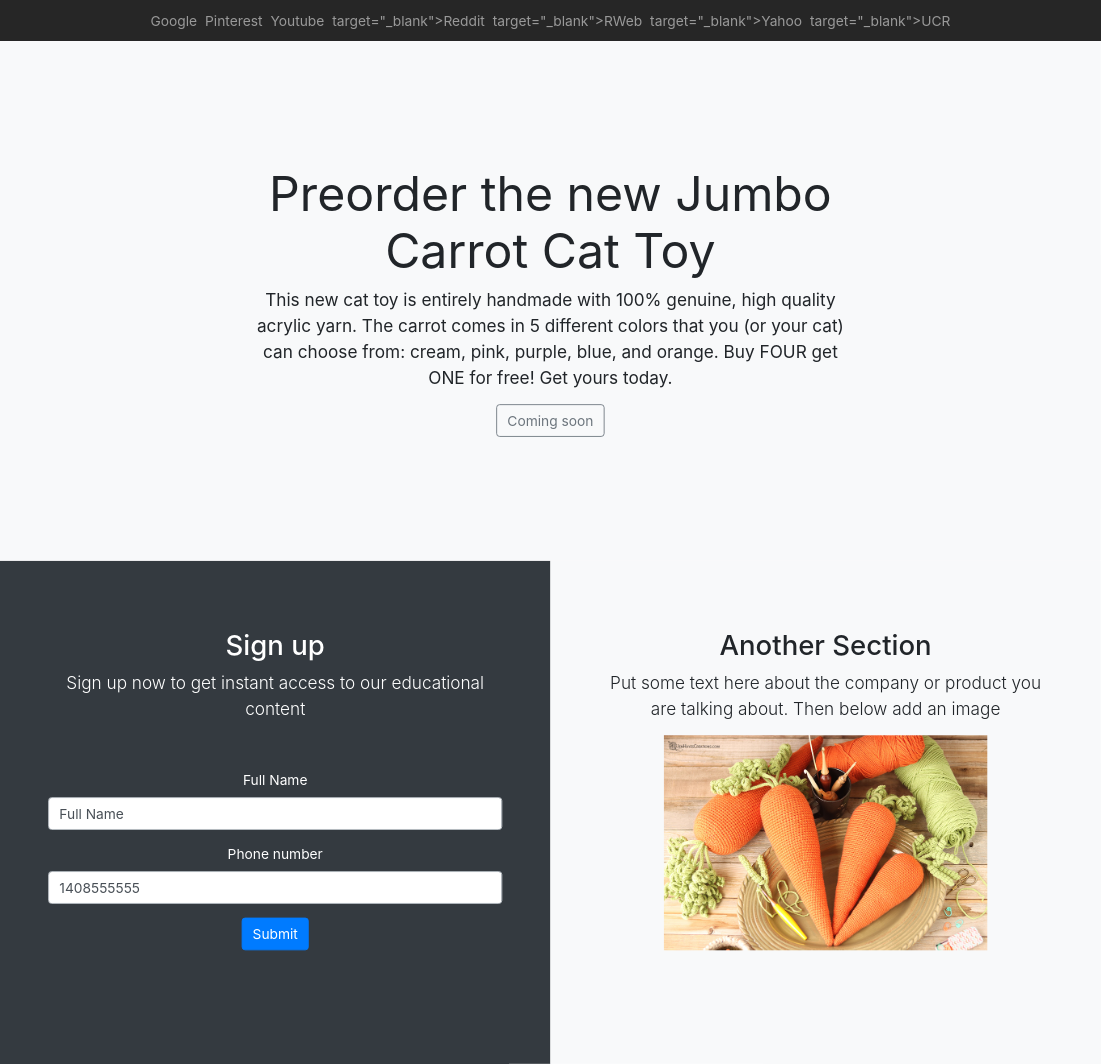
Repository: atrin033/AngellaTrinh-Resume
Page: LearnCS8-Twilio/index.html
The author's editor kept a record of every edit. The page is drawn from the files as they stood at one moment, then again after the next edit.
The browser window is 1280 px wide. The page is 1280 px wide, then 1299 px, so the pictures cover 1299 px, including what lies to the right of the window. The pictures show the whole page, at 86% of full size.

Above is the page before.

### LearnCS8-Twilio/index.html
<!doctype html>
<html lang="en">
  <head>
    <!-- Required meta tags -->
    <meta charset="utf-8">
    <meta name="viewport" content="width=device-width, initial-scale=1, shrink-to-fit=no">
    <meta name="description" content="Hot-selling crocheted toy that your cat is guaranteed to love!">
    <meta name="author" content="862124156">

    <!-- Bootstrap CSS -->
    <link rel="stylesheet" href="https://stackpath.bootstrapcdn.com/bootstrap/4.5.2/css/bootstrap.min.css" integrity="sha384-JcKb8q3iqJ61gNV9KGb8thSsNjpSL0n8PARn9HuZOnIxN0hoP+VmmDGMN5t9UJ0Z" crossorigin="anonymous">

    <!-- Title of your Website -->
    <title>Jumbo Carrot Cat Toy</title>
    <link href="product.css" rel="stylesheet">
  </head>
  <body>
      <nav class="site-header sticky-top py-1">
    <!-- Top Menu Bar -->
    <div class="container d-flex flex-column flex-md-row justify-content-between">
        <a class="py-2 d-none d-md-inline-block" id="menu-item-1" href="https://google.com" target="_blank">Google</a>
        <a class="py-2 d-none d-md-inline-block" id="menu-item-2" href="https://www.pinterest.com/" target="_blank">Pinterest</a>
        <a class="py-2 d-none d-md-inline-block" id="menu-item-3" href="https://www.youtube.com/" target="_blank">Youtube</a>
        <a class="py-2 d-none d-md-inline-block" id="menu-item-4" href="https://www.reddit.com/"> target="_blank">Reddit</a>
        <a class="py-2 d-none d-md-inline-block" id="menu-item-5" href="https://rweb.ucr.edu/"> target="_blank">RWeb</a>
        <a class="py-2 d-none d-md-inline-block" id="menu-item-6" href="https://www.yahoo.com/"> target="_blank">Yahoo</a>
        <a class="py-2 d-none d-md-inline-block" id="menu-item-7" href="https://www.ucr.edu/"> target="_blank">UCR</a>
    </div>
</nav>
<!-- Main Header Section h1-->
<div class="position-relative overflow-hidden p-3 p-md-5 m-md-0 text-center bg-light">
    <div class="col-md-8 p-lg-5 mx-auto my-5">
        <h1 class="display-4 font-weight-normal">Preorder the new Jumbo Carrot Cat Toy</h1>
        <p class="lead font-weight-normal">This new cat toy is entirely handmade with 100% genuine, high quality acrylic yarn. The carrot comes in 5 different colors that you (or your cat) can choose from: cream, pink, purple, blue, and orange. Buy FOUR get ONE for free! Get yours today.</p>
        <a class="btn btn-outline-secondary" href="https://www.google.com/search?q=CARROT+CAT+TOY+YOUTUBE&rlz=1C5CHFA_enUS826US826&oq=CARROT+CAT+TOY+YOUTUBE&aqs=chrome..69i57j33i160l2.6603j0j7&sourceid=chrome&ie=UTF-8">Coming soon</a>
    </div>
</div>
<!-- Left Tile -->
<div class="d-md-flex flex-md-equal w-100">
    <div class="bg-dark pt-3 px-3 pt-md-5 px-md-5 text-center text-white overflow-hidden">
        <div class="my-3 py-3">
            <h2 class="display-5">Sign up</h2>
            <p class="lead">Sign up now to get instant access to our educational content</p>
        </div>
        <!-- Web form when submitted will send a text message -->
        <form class="p-2" onsubmit="sendTextMessage(); return false;">
            <!-- Full Name Form Field -->
            <div class="form-group">
                <label for="example-first-name">Full Name</label>
                <input type="text" value="Full Name" class="form-control" id="example-first-name" aria-describedby="emailHelp">
            </div>
            <!-- Phone Number Form Field -->
            <div class="form-group">
                <label for="example-tel-input">Phone number</label>
                <input type="tel" class="form-control" value="1408555555" id="example-tel-input">
            </div>
            <!-- JavaScript that handles onSubmit logic -->
            <!-- Configure the XHR request below with your own credentials -->
            <script>
            function sendTextMessage() {
                console.log("Hello world!");
                var xhr = new XMLHttpRequest();
                var accountSID = "AC9c2371d5cb83c5eca99b1e7ede80ca28";
                var authToken = "095e6bbb80cb1678685685bb8ef258cf";
                var base64encoded = accountSID + ":" + authToken;
                var params = "To=" + document.getElementById('example-tel-input').value + "&From=" + "18448494331" + "&Body=" + "Hello " + document.getElementById('example-first-name').value + ", thank you for contacting us."
                xhr.open("POST", "https://api.twilio.com/2010-04-01/Accounts/" + accountSID + "/Messages.json", true);
                xhr.setRequestHeader('Content-Type', 'application/x-www-form-urlencoded');
                xhr.setRequestHeader('Authorization', 'Basic ' + btoa(base64encoded));
                xhr.send(params);
            }
            </script>
            <!-- Submit button that will execute the sendTextMessage function -->
            <button type="submit" class="btn btn-primary">Submit</button>
        </form>
    </div>
    <!-- Right Tile -->
    <div class="bg-light pt-3 px-3 pt-md-5 px-md-5 text-center overflow-hidden">
        <div class="my-3 p-3">
            <h2 class="display-5">Another Section</h2>
            <p class="lead">Put some text here about the company or product you are talking about. Then below add an image</p>
            <img class="mx-auto" src="jumbo cat crochet carrot toy.jpeg" height="250px">
        </div>
        <div class="mx-auto" style="width: 80%; height: 100px; border-radius: 21px 21px 0 0;"></div>
    </div>
</div>

  </body>
</html>

### LearnCS8-Twilio/product.css
.container {
  max-width: 960px;
}

/*
 * Custom translucent site header
 */

.site-header {
  background-color: rgba(0, 0, 0, .85);
  -webkit-backdrop-filter: saturate(180%) blur(20px);
  backdrop-filter: saturate(180%) blur(20px);
}
.site-header a {
  color: #999;
  transition: ease-in-out color .15s;
}
.site-header a:hover {
  color: #fff;
  text-decoration: none;
}

/*
 * Dummy devices (replace them with your own or something else entirely!)
 */

.product-device {
  position: absolute;
  right: 10%;
  bottom: -30%;
  width: 300px;
  height: 540px;
  background-color: #333;
  border-radius: 21px;
  -webkit-transform: rotate(30deg);
  transform: rotate(30deg);
}

.product-device::before {
  position: absolute;
  top: 10%;
  right: 10px;
  bottom: 10%;
  left: 10px;
  content: "";
  background-color: rgba(255, 255, 255, .1);
  border-radius: 5px;
}

.product-device-2 {
  top: -25%;
  right: auto;
  bottom: 0;
  left: 5%;
  background-color: #e5e5e5;
}


/*
 * Extra utilities
 */

.flex-equal > * {
  -ms-flex: 1;
  flex: 1;
}
@media (min-width: 768px) {
  .flex-md-equal > * {
    -ms-flex: 1;
    flex: 1;
  }
}

.overflow-hidden { overflow: hidden; }

After the next edit:
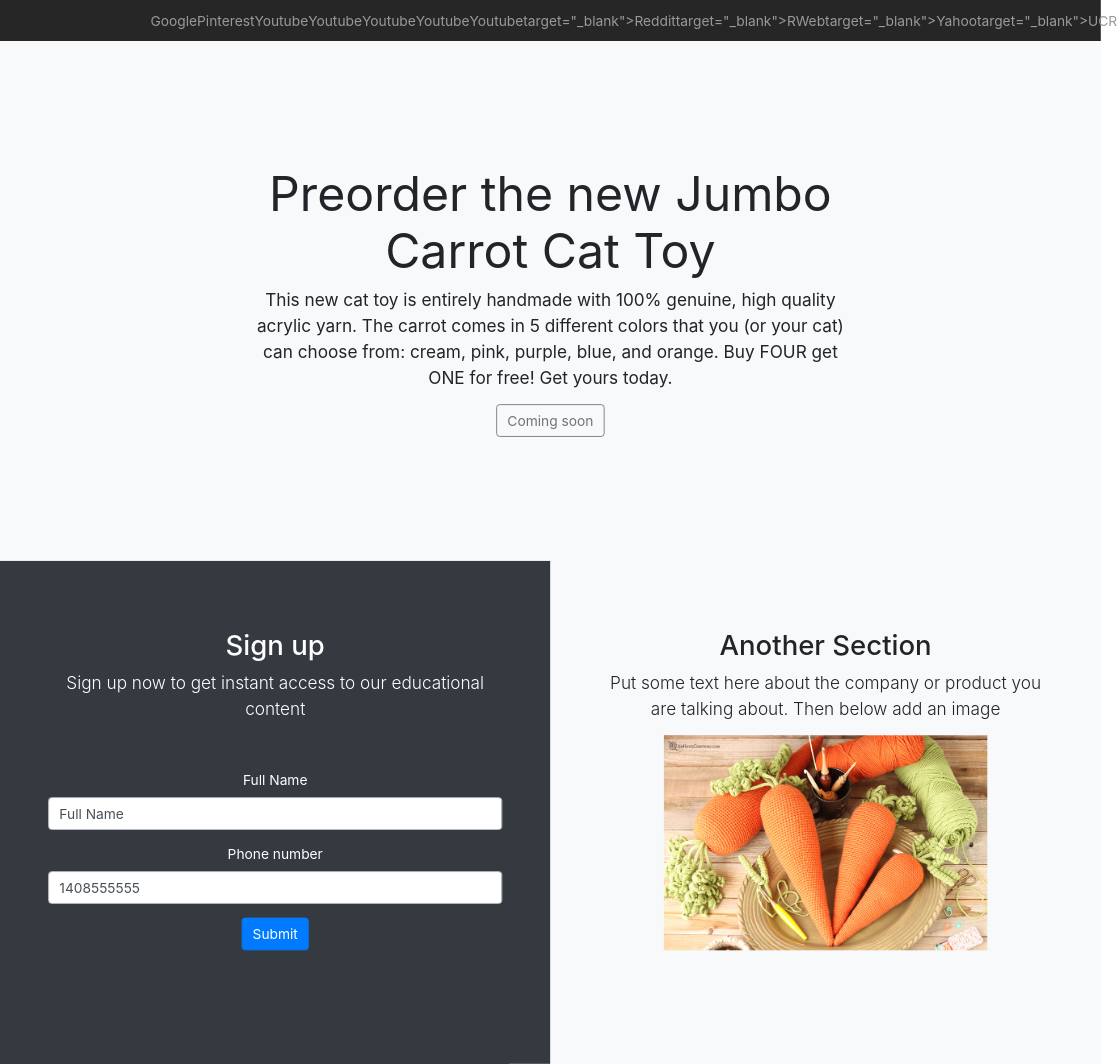
The edit:
--- a/LearnCS8-Twilio/index.html
+++ b/LearnCS8-Twilio/index.html
@@ -21,6 +21,10 @@
         <a class="py-2 d-none d-md-inline-block" id="menu-item-1" href="https://google.com" target="_blank">Google</a>
         <a class="py-2 d-none d-md-inline-block" id="menu-item-2" href="https://www.pinterest.com/" target="_blank">Pinterest</a>
         <a class="py-2 d-none d-md-inline-block" id="menu-item-3" href="https://www.youtube.com/" target="_blank">Youtube</a>
+                <a class="py-2 d-none d-md-inline-block" id="menu-item-3" href="https://www.youtube.com/" target="_blank">Youtube</a>
+                        <a class="py-2 d-none d-md-inline-block" id="menu-item-3" href="https://www.youtube.com/" target="_blank">Youtube</a>
+                                <a class="py-2 d-none d-md-inline-block" id="menu-item-3" href="https://www.youtube.com/" target="_blank">Youtube</a>
+                                        <a class="py-2 d-none d-md-inline-block" id="menu-item-3" href="https://www.youtube.com/" target="_blank">Youtube</a>
         <a class="py-2 d-none d-md-inline-block" id="menu-item-4" href="https://www.reddit.com/"> target="_blank">Reddit</a>
         <a class="py-2 d-none d-md-inline-block" id="menu-item-5" href="https://rweb.ucr.edu/"> target="_blank">RWeb</a>
         <a class="py-2 d-none d-md-inline-block" id="menu-item-6" href="https://www.yahoo.com/"> target="_blank">Yahoo</a>
